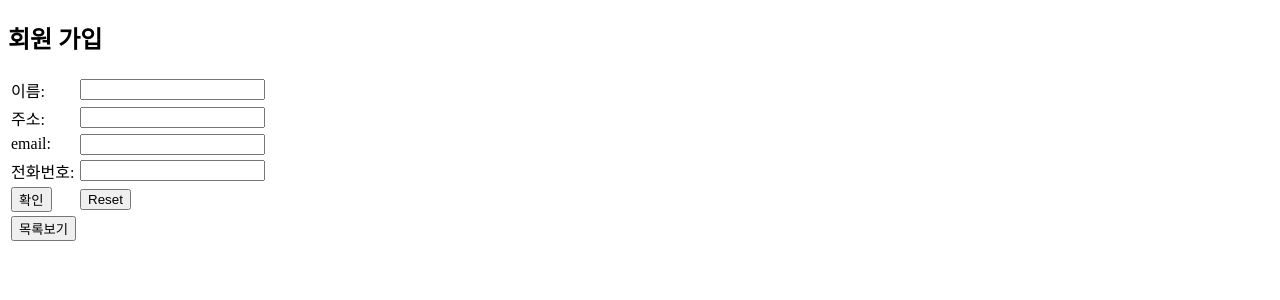
Repository: kdh2212/KDT_code
Page: http://localhost/20250804Web/regMemberForm.jsp
An editor plug-in stored every save of this project. The page is shown before and after the next save, followed by the edit.
The browser window is 1280 px wide. The pictures show the whole page.
The page is served by Tomcat 9. Other server files are loaded and not shown.

Above is the page before, as saved 2025-08-04 08:05:30.

### 20250804Web/src/main/webapp/regMemberForm.jsp
<%@ page language="java" contentType="text/html; charset=UTF-8"
    pageEncoding="UTF-8"%>
<!DOCTYPE html>
<html>
<head>
<meta charset="UTF-8">
<title>Insert title here</title>
</head>
<body>
<h2>회원 가입</h2>
<table>
<form action="regMember.jsp" method="post">
<tr><td>이름:</td><td><input type="text" name="kname"/></td></tr>
<tr><td>주소:</td><td><input type="text" name="addr"/></td></tr>
<tr><td>email:</td><td><input type="text" name="email"/></td></tr>
<tr><td>전화번호:</td><td><input type="text" name="phone"/></td></tr>
<tr><td><input type= "submit" name = "action"value="확인"/></td><td><input type="reset"/></td></tr><td><input type= "button" value = "목록보기" name="action"/></td>
</form>
</table>
</body>
</html>

After the next save:
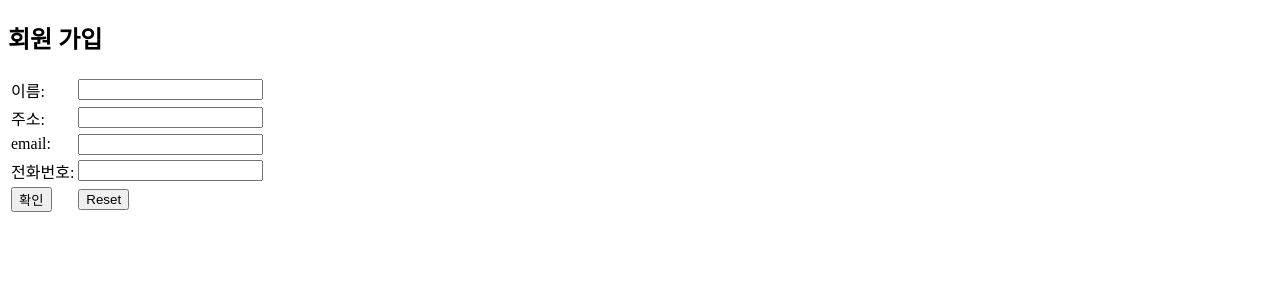
Saved 4 min 39 s later.
--- a/20250804Web/src/main/webapp/regMemberForm.jsp
+++ b/20250804Web/src/main/webapp/regMemberForm.jsp
@@ -14,7 +14,7 @@
 <tr><td>주소:</td><td><input type="text" name="addr"/></td></tr>
 <tr><td>email:</td><td><input type="text" name="email"/></td></tr>
 <tr><td>전화번호:</td><td><input type="text" name="phone"/></td></tr>
-<tr><td><input type= "submit" name = "action"value="확인"/></td><td><input type="reset"/></td></tr><td><input type= "button" value = "목록보기" name="action"/></td>
+<tr><td><input type= "submit" name = "action"value="확인"/></td><td><input type="reset"/></td></tr>
 </form>
 </table>
 </body>
